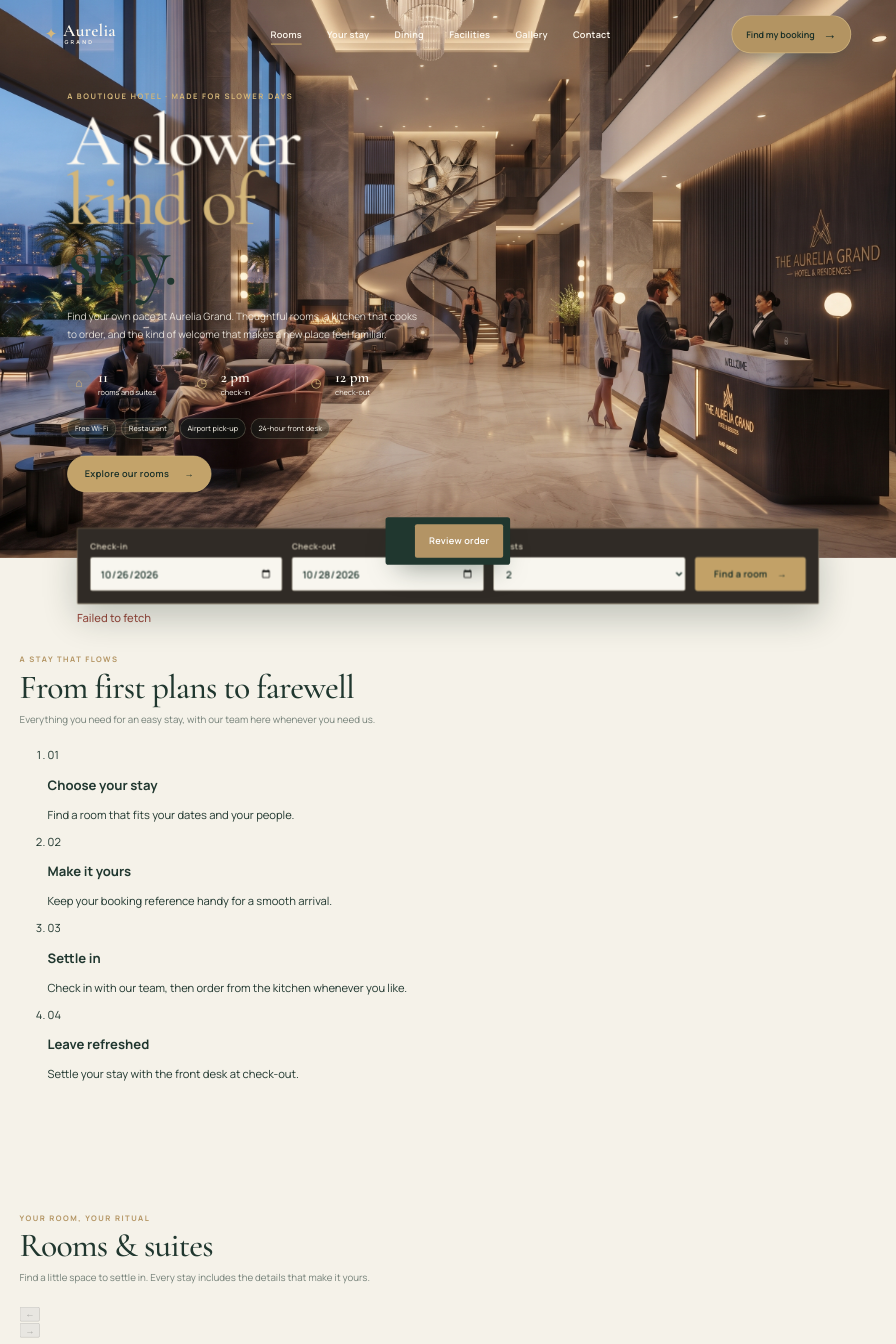
Repository: Deneththri/Hotel-System
Page: public/index.html
The author's editor kept a copy of each file at every save. The page is drawn from the files as they stood at one save, then again after the next save.
The browser window is 1280 px wide. The pictures show the part of the page from y = 0 to 1920 px (the page is 3943 px tall), at 70% of full size.
The page's requests for data from a server got no answer.

Above is the page before, as saved 2026-11-08 01:41:28.

### public/index.html
<!DOCTYPE html>
<html lang="en">

<head>
  <meta charset="utf-8">
  <meta name="viewport" content="width=device-width,initial-scale=1">
  <meta name="theme-color" content="#17352d">
  <meta name="description" content="Find your own pace at Aurelia Grand. Thoughtful rooms, a kitchen that cooks to order, and a warm welcome.">
  <title>Aurelia Grand | A slower kind of stay</title>
  <link rel="preconnect" href="https://fonts.googleapis.com">
  <link rel="preconnect" href="https://fonts.gstatic.com" crossorigin>
  <link href="https://fonts.googleapis.com/css2?family=Cormorant+Garamond:wght@500;600;700&family=Manrope:wght@400;500;600;700&display=swap" rel="stylesheet">
  <link rel="stylesheet" href="style.css">
</head>

<body class="landing-page">
  <a class="skip-link" href="#main">Skip to content</a>
  <header class="nav">
    <div class="brand-wrap">
      <span class="brand-mark" aria-hidden="true">✦</span>
      <a class="brand brand-lockup" href="#top" aria-label="Aurelia Grand home"><span class="brand-name">Aurelia</span><span class="brand-subtitle">GRAND</span></a>
    </div>
    <nav class="main-nav" id="mainNav" aria-label="Main navigation">
      <a href="#stay">Rooms</a>
      <a href="#journey">Your stay</a>
      <a href="#dining">Dining</a>
      <a href="#facilities">Facilities</a>
      <a href="#gallery">Gallery</a>
      <a href="#contact">Contact</a>
    </nav>
    <a class="booking-pill" href="#manage">Find my booking <span aria-hidden="true">→</span></a>
    <button class="menu-toggle" type="button" aria-label="Open menu" aria-controls="mainNav" aria-expanded="false">☰</button>
  </header>

  <main id="main" class="landing-shell">
    <section class="hero" id="top" aria-labelledby="heroTitle">
      <div class="hero-copy">
        <p class="eyebrow">A BOUTIQUE HOTEL · MADE FOR SLOWER DAYS</p>
        <h1 class="hero-title" id="heroTitle"><span>A slower</span><span>kind of</span>stay.</h1>
        <p class="lead">Find your own pace at Aurelia Grand. Thoughtful rooms, a kitchen that cooks to order, and the kind of welcome that makes a new place feel familiar.</p>
        <div class="stats" aria-label="Hotel information">
          <div class="stat-item"><span class="stat-icon" aria-hidden="true">⌂</span><div><strong>11</strong><small>rooms and suites</small></div></div>
          <div class="stat-item"><span class="stat-icon" aria-hidden="true">◷</span><div><strong>2 pm</strong><small>check-in</small></div></div>
          <div class="stat-item"><span class="stat-icon" aria-hidden="true">◷</span><div><strong>12 pm</strong><small>check-out</small></div></div>
        </div>
        <div class="amen" aria-label="Hotel amenities">
          <span>Free Wi-Fi</span><span>Restaurant</span><span>Airport pick-up</span><span>24-hour front desk</span>
        </div>
        <a class="btn dark hero-cta" href="#search">Explore our rooms <span aria-hidden="true">→</span></a>
      </div>
    </section>

    <form id="search" class="card search booking-search" aria-label="Search room availability">
      <label>Check-in<input type="date" id="checkIn" required></label>
      <label>Check-out<input type="date" id="checkOut" required></label>
      <label>Guests<select id="guests">
        <option>1</option><option selected>2</option><option>3</option><option>4</option>
      </select></label>
      <button class="btn" type="submit">Find a room <span aria-hidden="true">→</span></button>
    </form>
    <p id="searchMsg" class="msg" role="status" aria-live="polite"></p>

    <section id="journey" class="section journey-section" aria-labelledby="journeyTitle">
      <div class="section-heading" data-reveal>
        <p class="eyebrow">A STAY THAT FLOWS</p>
        <h2 id="journeyTitle">From first plans to farewell</h2>
        <p class="muted">Everything you need for an easy stay, with our team here whenever you need us.</p>
      </div>
      <ol class="journey-track">
        <li class="journey-step" data-reveal><span class="journey-number">01</span><div><h3>Choose your stay</h3><p>Find a room that fits your dates and your people.</p></div></li>
        <li class="journey-step" data-reveal><span class="journey-number">02</span><div><h3>Make it yours</h3><p>Keep your booking reference handy for a smooth arrival.</p></div></li>
        <li class="journey-step" data-reveal><span class="journey-number">03</span><div><h3>Settle in</h3><p>Check in with our team, then order from the kitchen whenever you like.</p></div></li>
        <li class="journey-step" data-reveal><span class="journey-number">04</span><div><h3>Leave refreshed</h3><p>Settle your stay with the front desk at check-out.</p></div></li>
      </ol>
    </section>

    <section id="stay" class="section stay-section">
      <div class="section-heading" data-reveal>
        <p class="eyebrow">YOUR ROOM, YOUR RITUAL</p>
        <h2>Rooms &amp; suites</h2>
        <p class="muted">Find a little space to settle in. Every stay includes the details that make it yours.</p>
      </div>
      <div class="room-carousel">
        <button class="room-arrow room-arrow-prev" type="button" aria-label="Show previous rooms" aria-controls="rooms" disabled>&larr;</button>
        <div id="rooms" class="grid room-track" aria-live="polite" tabindex="0"></div>
        <button class="room-arrow room-arrow-next" type="button" aria-label="Show more rooms" aria-controls="rooms" disabled>&rarr;</button>
      </div>
    </section>

    <section id="facilities" class="section facilities-section">
      <div class="section-heading" data-reveal>
        <p class="eyebrow">THE LITTLE THINGS, TAKEN CARE OF</p>
        <h2>Make yourself at home</h2>
        <p class="muted">A thoughtful stay is made up of more than a room. Settle in, and let us take care of the rest.</p>
      </div>
      <div class="facility-grid">
        <article class="facility-card" data-reveal><span class="facility-icon" aria-hidden="true">⌁</span><h3>Room to unwind</h3><p>Comfortable rooms and suites with the details you need to slow down and settle in.</p></article>
        <article class="facility-card" data-reveal><span class="facility-icon" aria-hidden="true">✳</span><h3>Made-to-order dining</h3><p>Freshly prepared favourites from our kitchen, delivered to your room or ready to collect.</p></article>
        <article class="facility-card" data-reveal><span class="facility-icon" aria-hidden="true">◷</span><h3>Here whenever you need us</h3><p>Our front desk is available around the clock, with airport pick-up available on request.</p></article>
      </div>
    </section>

    <section id="gallery" class="section gallery-section">
      <div class="gallery-copy" data-reveal>
        <p class="eyebrow">A GLIMPSE OF OLU</p>
        <h2>Arrive, and exhale.</h2>
        <p class="muted">Tropical greenery, warm light and a welcome that feels like it has been waiting just for you.</p>
        <a class="text-link" href="#search">Find your stay <span aria-hidden="true">→</span></a>
      </div>
      <figure class="gallery-photo" data-reveal role="img" aria-label="A serene guest room opening onto the hotel garden"></figure>
    </section>

    <section id="dining" class="section dining">
      <div class="section-heading" data-reveal>
        <p class="eyebrow">FROM OUR KITCHEN</p>
        <h2>A little something delicious</h2>
        <p class="muted">Order from our kitchen. Add your booking reference at checkout and we'll bring it to your room.</p>
      </div>
      <div id="menuStatus" class="muted" role="status" aria-live="polite"></div>
      <div id="tabs" class="tabs" aria-label="Menu categories"></div>
      <div id="menu"></div>
    </section>

    <section id="contact" class="section contact-section">
      <div data-reveal>
        <p class="eyebrow">A WARM WELCOME, ALWAYS</p>
        <h2>We're here to help.</h2>
        <p class="muted">Need a hand with an upcoming stay? Look up your booking or browse the kitchen menu.</p>
      </div>
      <div class="contact-actions" data-reveal>
        <a class="btn dark" href="#manage">Find my booking <span aria-hidden="true">→</span></a>
        <a class="btn ghost" href="#dining">Explore dining</a>
      </div>
    </section>

    <section id="manage" class="section narrow">
      <div class="section-heading" data-reveal>
        <p class="eyebrow">YOUR STAY, AT YOUR FINGERTIPS</p>
        <h2>Find my booking</h2>
        <p class="muted">Enter your reference and the email you booked with to view or cancel.</p>
      </div>
      <form id="lookup" class="card lookup">
        <input id="lref" placeholder="Reference, e.g. OL-1A2B3C" aria-label="Booking reference" required>
        <input id="lemail" type="email" placeholder="Email address" aria-label="Booking email address" required>
        <button class="btn ghost" type="submit">Find booking</button>
      </form>
      <p id="lookupMsg" class="msg" role="status" aria-live="polite"></p>
      <div id="lookupResult"></div>
    </section>
  </main>

  <footer><a class="footer-brand" href="#top">Aurelia Grand</a><span>Thoughtful stays, at your own pace.</span><a href="#contact">Get in touch</a><a href="/admin.html">Staff sign in</a></footer>
  <div class="cartbar" id="cartbar"><span></span><button class="btn" id="reviewBtn">Review order</button></div>
  <button class="pill" id="pill" hidden></button>
  <div id="modal" class="modal" hidden>
    <div class="sheet card" role="dialog" aria-modal="true" aria-labelledby="sheetTitle">
      <button class="x" id="close" aria-label="Close">&times;</button>
      <div id="sheetBody"></div>
    </div>
  </div>
  <script src="app.js"></script>
</body>

</html>

Loaded but not shown: public/app.js (140 lines, source omitted); public/style.css (2843 lines, source omitted)

After the next save:
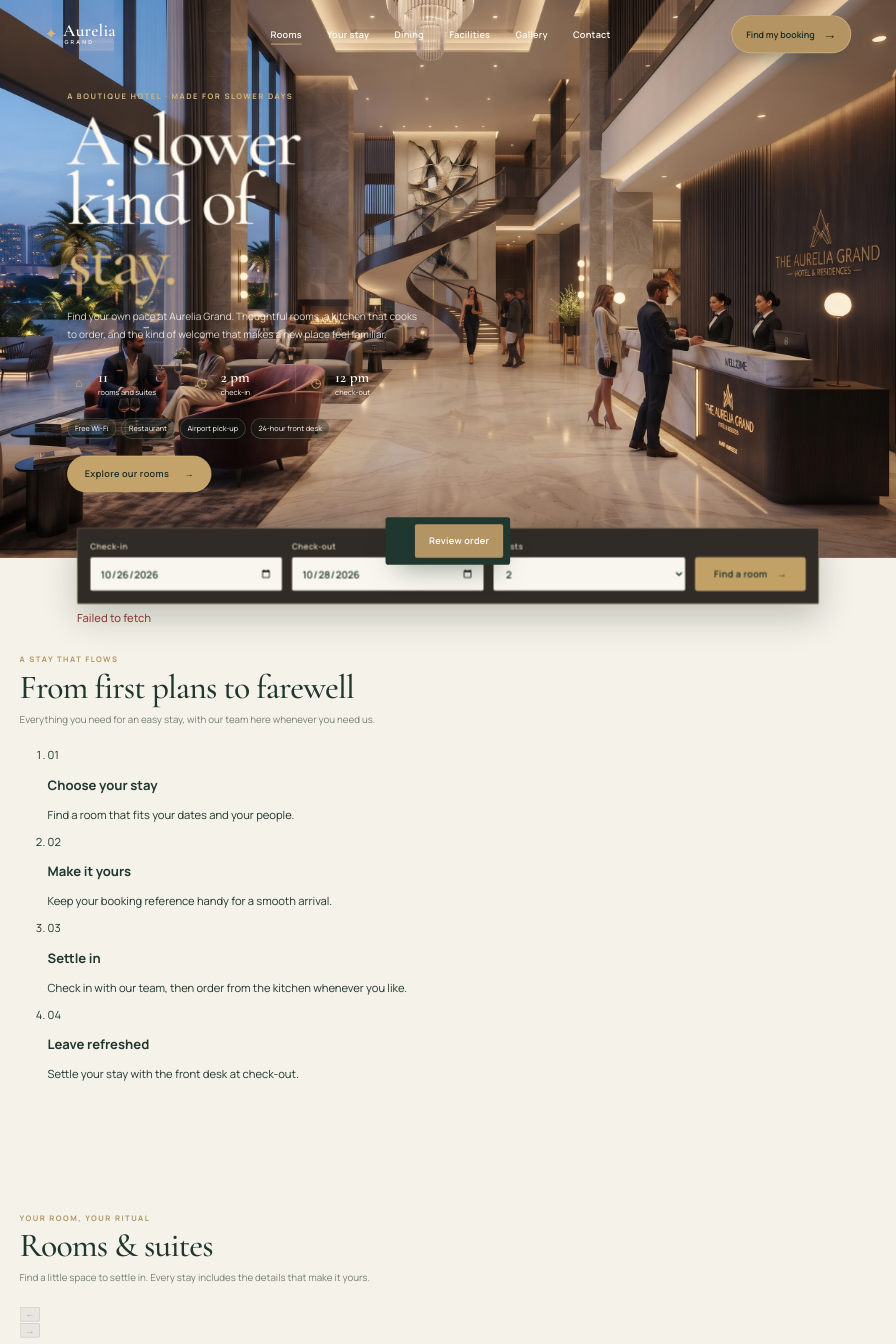
Saved 17 s later.
--- a/public/index.html
+++ b/public/index.html
@@ -36,7 +36,7 @@
     <section class="hero" id="top" aria-labelledby="heroTitle">
       <div class="hero-copy">
         <p class="eyebrow">A BOUTIQUE HOTEL · MADE FOR SLOWER DAYS</p>
-        <h1 class="hero-title" id="heroTitle"><span>A slower</span><span>kind of</span>stay.</h1>
+        <h1 class="hero-title" id="heroTitle"><span>A slower</span><span>kind of</span><span>stay.</span></h1>
         <p class="lead">Find your own pace at Aurelia Grand. Thoughtful rooms, a kitchen that cooks to order, and the kind of welcome that makes a new place feel familiar.</p>
         <div class="stats" aria-label="Hotel information">
           <div class="stat-item"><span class="stat-icon" aria-hidden="true">⌂</span><div><strong>11</strong><small>rooms and suites</small></div></div>
